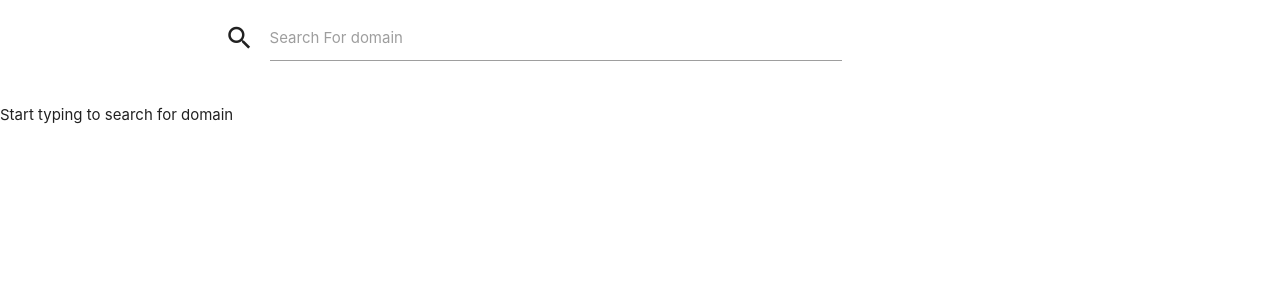
Repository: habib-urrehmaan/domain-name-searcher
Page: / (app in client/)
The author's editor kept a copy of each file at every save. The page is drawn from the files as they stood at one save, then again after the next save.
The browser window is 1280 px wide. The pictures show the whole page.
The project was rebuilt for these pictures with package versions that can differ from the ones it lists, and the page was loaded fresh each time.

Above is the page before, as saved 2020-04-17 18:02:30.

### client/public/index.html
<!DOCTYPE html>
<html lang="en">
  <head>
    <meta charset="utf-8" />
    <link rel="icon" href="%PUBLIC_URL%/favicon.ico" />
    <meta name="viewport" content="width=device-width, initial-scale=1" />
    <meta name="theme-color" content="#000000" />
    <meta
      name="description"
      content="Web site created using create-react-app"
    />
    <link rel="apple-touch-icon" href="%PUBLIC_URL%/logo192.png" />
    <!--
      manifest.json provides metadata used when your web app is installed on a
      user's mobile device or desktop. See https://developers.google.com/web/fundamentals/web-app-manifest/
    -->
    <link rel="manifest" href="%PUBLIC_URL%/manifest.json" />
    <!--
      Notice the use of %PUBLIC_URL% in the tags above.
      It will be replaced with the URL of the `public` folder during the build.
      Only files inside the `public` folder can be referenced from the HTML.

      Unlike "/favicon.ico" or "favicon.ico", "%PUBLIC_URL%/favicon.ico" will
      work correctly both with client-side routing and a non-root public URL.
      Learn how to configure a non-root public URL by running `npm run build`.
    -->
    <link rel="stylesheet" href="https://cdnjs.cloudflare.com/ajax/libs/materialize/1.0.0/css/materialize.min.css">
    <link href="https://fonts.googleapis.com/icon?family=Material+Icons" rel="stylesheet">
     <!-- Compiled and minified JavaScript -->
     <script src="https://cdnjs.cloudflare.com/ajax/libs/materialize/1.0.0/js/materialize.min.js"></script>
    <title>React App</title>
  </head>
  <body>
    <noscript>You need to enable JavaScript to run this app.</noscript>
    <div id="root"></div>
    <!--
      This HTML file is a template.
      If you open it directly in the browser, you will see an empty page.

      You can add webfonts, meta tags, or analytics to this file.
      The build step will place the bundled scripts into the <body> tag.

      To begin the development, run `npm start` or `yarn start`.
      To create a production bundle, use `npm run build` or `yarn build`.
    -->
  </body>
</html>

### client/src/index.js
import React from 'react';
import ReactDOM from 'react-dom';
import './index.css';
import App from './App';

ReactDOM.render(
  <React.StrictMode>
    <App />
  </React.StrictMode>,
  document.getElementById('root')
);

// If you want your app to work offline and load faster, you can change
// unregister() to register() below. Note this comes with some pitfalls.
// Learn more about service workers: https://bit.ly/CRA-PWA
// serviceWorker.unregister();

### client/src/App.js
import React from 'react';
import Search from './Search';
import Output from './Output';

class App extends React.Component {

  constructor(props)
  {
    super(props);
    this.state ={
      output:null
    }
  }


  setAppOutput = (outputData) =>
  {
    console.log("setting output value")

    this.setState({
      output:outputData
    })
  }

  render()
  {
    return (
      <div className="App">
        <Search setOutput={this.setAppOutput}/>
        <Output data={this.state.output}/>
      </div>
    );
  }
}

export default App;

### client/src/Search.js
import React, { Component } from 'react'
import axios from 'axios'

class Search extends Component {

    constructor(props)
    {
        super(props);
        console.log(props)
    }

    onChangeHandler = (e) =>
    {
        axios({
            'method': 'GET',
            'url': `http://localhost:5000/domain/search?domain=${e.target.value}`,
            'ContentType':'application/json'
        }).then((response)=>{

            var obj = JSON.parse(response.data.data);
            this.props.setOutput(obj);
        }).catch(error=>{
            console.log(error);
        });
    }

    render() {
        return (
            <div>
                <div className="row">
                    <div className="input-field col offset-s2 s6">
                        <i className="material-icons prefix">search</i>
                        <input id="search" type="text" className="validate" onChange={this.onChangeHandler}/>
                        <label htmlFor="search">Search For domain</label>
                    </div>
                </div>
            </div>
        )
    }
}

export default Search;

### client/src/Output.js
import React from 'react'

export default function Output(props) {

    let {data} = props;
    console.log("output data",data);
    return (
        <div>
        {(data)?(<div>{(data.available)?(<div><span>Congratulations! This domain is available</span><br/>
            <span><b>Price:</b>{data.price}{data.currency}</span></div>):(data.code)?(<div>{data.message}</div>):(<span>Sorry this domain is not Available</span>)}</div>)
            :(<div>Start typing to search for domain</div>)}


        </div>
    )
}

Loaded but not shown: client/src/index.css (common file)

After the next save:
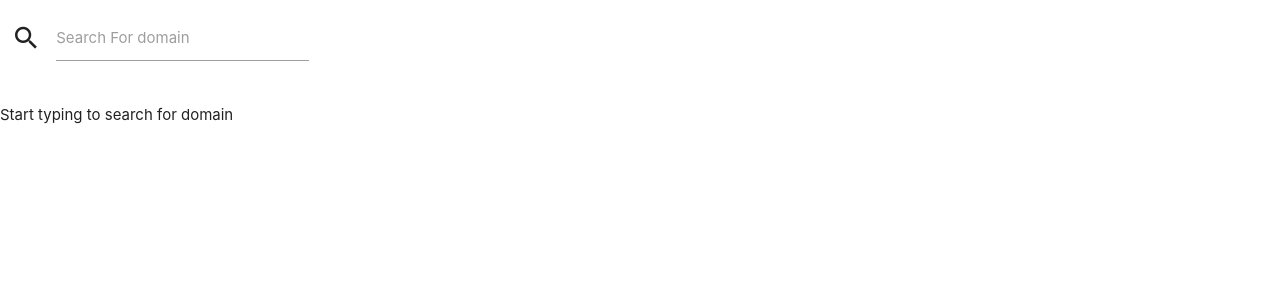
Saved 14 s later.
--- a/client/src/Search.js
+++ b/client/src/Search.js
@@ -28,7 +28,7 @@ class Search extends Component {
         return (
             <div>
                 <div className="row">
-                    <div className="input-field col offset-s2 s6">
+                    <div className="input-field col offset-s s3">
                         <i className="material-icons prefix">search</i>
                         <input id="search" type="text" className="validate" onChange={this.onChangeHandler}/>
                         <label htmlFor="search">Search For domain</label>
